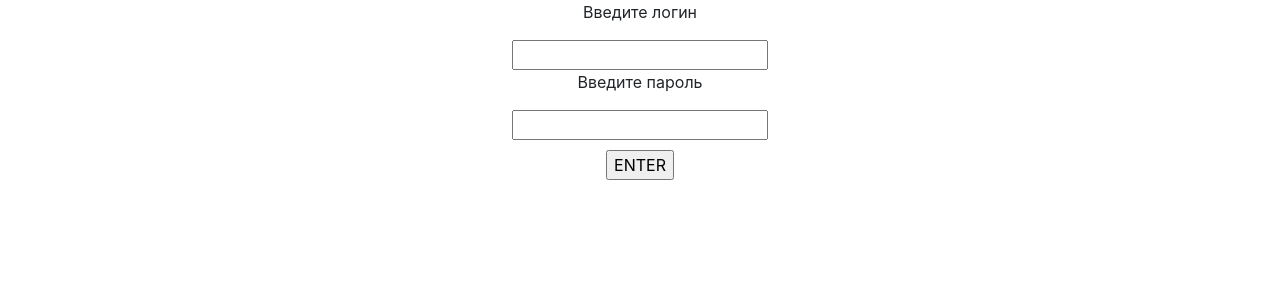
Repository: sMoonBeam/Labs
Page: MyList/WebContent/index.html
These files come from the project's save history. The page is drawn as it stood at one moment and after the next save; the edit follows.
The browser window is 1280 px wide. The pictures show the whole page.

Above is the page before, as saved 2019-10-16 20:42:00.

After the next save:
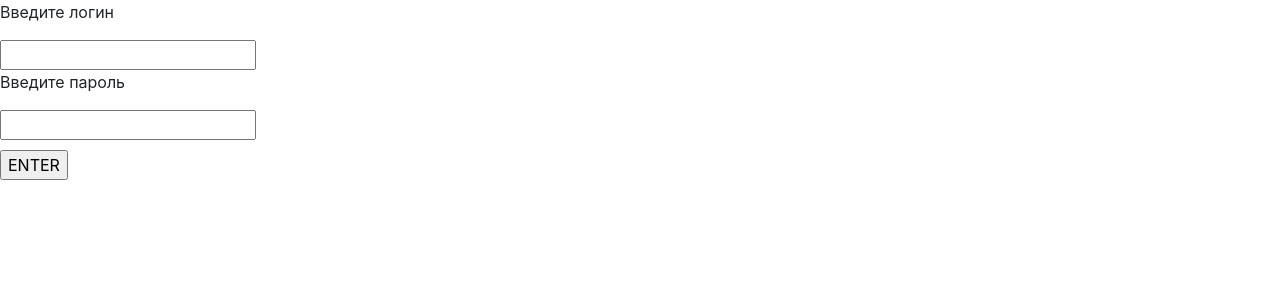
Saved 22 s later.
--- a/MyList/WebContent/index.html
+++ b/MyList/WebContent/index.html
@@ -7,7 +7,7 @@
 <link href="https://stackpath.bootstrapcdn.com/bootstrap/4.3.1/css/bootstrap.min.css" rel="stylesheet">
 </head>
 <body>
-	<form  action="mylist" method="POST" align=center>
+	<form  action="mylist" method="POST" style="justify-content:center;">
 		<p>Введите логин</p>
 		<input type="text" name="login" required/>
 		<p>Введите пароль</p>
